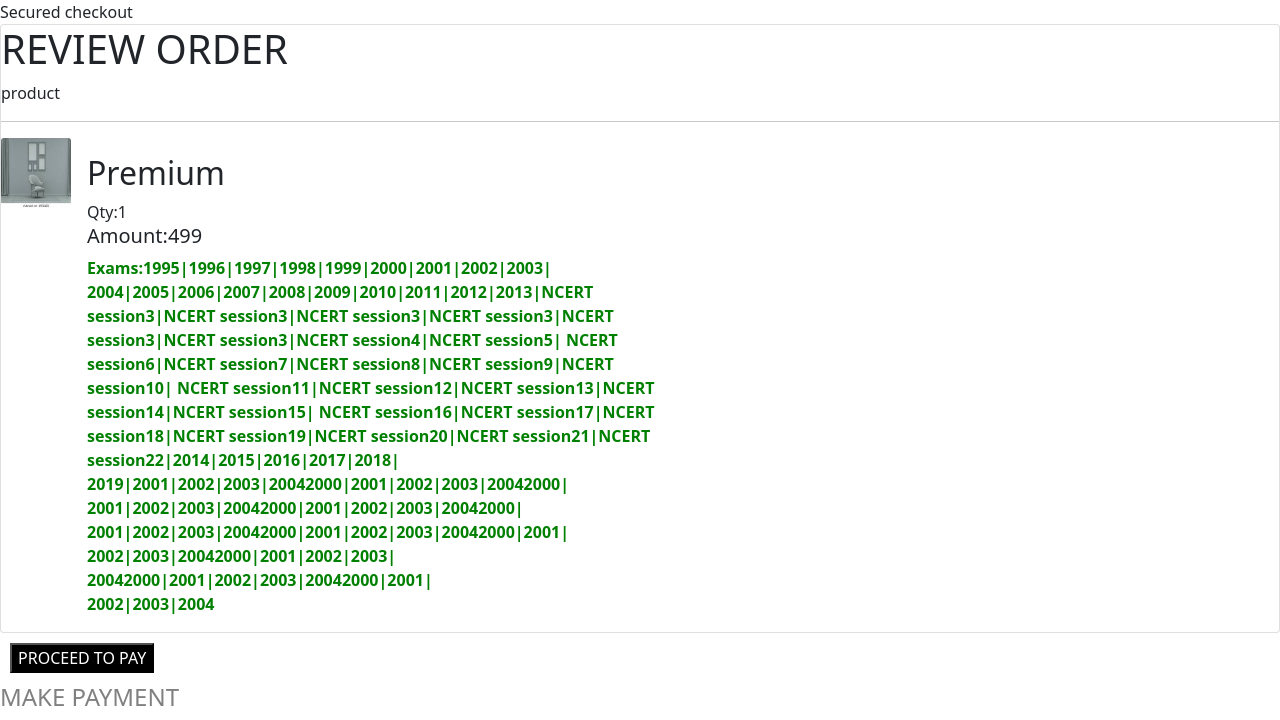
Repository: sreech465/e-prathibha
Page: /checkouts
An editor plug-in stored every save of this project. The page is shown before and after the next save, followed by the edit.
The browser window is 1280 px wide. The pictures show the whole page.
The project was rebuilt for these pictures with package versions that can differ from the ones it lists, and the page was loaded fresh each time. Also part of the build but not shown: src/Redux/Actions.js, src/Components/Register.js, src/Components/Verify.js, src/Components/Header.js, src/Components/Login.js, src/Components/Popup.css, src/Components/Popup.js, src/Components/WritExam.css and 9 more.

Above is the page before, as saved 2022-10-18 18:57:20.

### src/index.js
import React from "react";
import ReactDOM from "react-dom/client";
import "./index.css";
import App from "./App";
import reportWebVitals from "./reportWebVitals";
import { Provider } from "react-redux";
import { store } from "./Redux/Store";

import "bootstrap/dist/css/bootstrap.min.css";

const root = ReactDOM.createRoot(document.getElementById("root"));
root.render(
  <React.StrictMode>
    <Provider store={store}>
      <App />
    </Provider>
  </React.StrictMode>
);

// If you want to start measuring performance in your app, pass a function
// to log results (for example: reportWebVitals(console.log))
// or send to an analytics endpoint. Learn more: https://bit.ly/CRA-vitals
reportWebVitals();

### src/App.js
import "bootstrap/dist/css/bootstrap.min.css";
import "./App.css";
import Register from "./Components/Register";
import { useSelector } from "react-redux";
import Verify from "./Components/Verify";
import Header from "./Components/Header";
import Login from "./Components/Login";
import { Routes, Route } from "react-router-dom";
import WriteExam from "./Components/WriteExam";
import { BrowserRouter } from "react-router-dom";
import ListOfExams from "./Components/ListOfExams";
import CategoryOfExams from "./Components/CategoryOfExams";
import PremiumList from "./Components/PremiumList";
import MockList from "./Components/MockList";
import PwriteExam from "./Components/PwriteExam";
import Sidebar from "./Components/Sidebar";
import Packageanu from "./Components/Packageanu";
import Checkouts from "./Components/Checkouts";
function App() {
  const state = useSelector((state) => state);
  console.log(state);

  return (
    <>
      <div className="App">
        <BrowserRouter>
          <Routes>
            <Route path="/register" element={<Register />} />
            <Route path="/Verify" element={<Verify />} />
            <Route path="/" element={<Login />} />
            <Route path="/ListOfExams" element={<ListOfExams />} />
            <Route path="/PremiumList" element={<PremiumList />} />
            <Route path="/MockList" element={<MockList />} />
            <Route path="/CategoryOfExams" element={<CategoryOfExams />} />
            <Route path="/ListOfExams/:id" element={<WriteExam />} />
            <Route path="/PremiumList/:id" element={<WriteExam />} />
            <Route path="/packages" element={<Packageanu />} />
            <Route path="/checkouts" element={<Checkouts />} />
          </Routes>
        </BrowserRouter>
      </div>
    </>
  );
}

export default App;

### src/Redux/Store.js
import { applyMiddleware } from "redux";

import { createStore } from "redux";
import thunk from "redux-thunk";
import { rootreducer } from "./CombineReducers";

export const store = createStore(rootreducer, applyMiddleware(thunk));

### src/App.css
.Sidebar {

  height:100%;
  width:50px;
  background-color: black;
  top:0;
  position:fixed;


}

body{
  margin:0;
  padding:0;
}

.App{
  width:100vw;
  height: 100vh;
}

.SidebarList{
  height: auto;
  padding: 0;
  width:100%;
}

.SidebarList .row{
  width:100%;
  height: 50px;
  border: rgba(11, 11, 11, 0.851);
list-style-type: none;
margin: 0;
color: white;
left: 0;
font-family: 'Lucida Sans', 'Lucida Sans Regular', 'Lucida Grande', 'Lucida Sans Unicode', Geneva, Verdana, sans-serif;
}

.row #icon {
  flex: 30%;
  display: grid;
  place-items: center;
}

### src/Components/Checkouts.js
import React from "react";

const Checkouts = () => {
  return (
    <>
      <div>Secured checkout</div>

      <div class="card">
        <h1>REVIEW ORDER</h1>
        <div>product</div>
        <hr />
        <div style={{ display: "flex" }}>
          <img
            class="card-img-top"
            style={{ width: 70, height: 70 }}
            src="data:[embedded picture, 3279 characters]"
            alt="Card image cap"
          />
          <div class="card-body">
            <h2>Premium</h2>
            <div>Qty:1</div>
            <h5>Amount:499</h5>
            <div style={{ color: "green", fontWeight: "bold" }}>
              Exams:1995|1996|1997|1998|1999|2000|2001|2002|2003|
              <br />
              2004|2005|2006|2007|2008|2009|2010|2011|2012|2013|NCERT
              <br />
              session3|NCERT session3|NCERT session3|NCERT session3|NCERT
              <br />
              session3|NCERT session3|NCERT session4|NCERT session5| NCERT
              <br />
              session6|NCERT session7|NCERT session8|NCERT session9|NCERT
              <br />
              session10| NCERT session11|NCERT session12|NCERT session13|NCERT
              <br />
              session14|NCERT session15| NCERT session16|NCERT session17|NCERT
              <br />
              session18|NCERT session19|NCERT session20|NCERT session21|NCERT
              <br />
              session22|2014|2015|2016|2017|2018|
              <br />
              2019|2001|2002|2003|20042000|2001|2002|2003|20042000|
              <br />
              2001|2002|2003|20042000|2001|2002|2003|20042000|
              <br />
              2001|2002|2003|20042000|2001|2002|2003|20042000|2001|
              <br />
              2002|2003|20042000|2001|2002|2003|
              <br />
              20042000|2001|2002|2003|20042000|2001|
              <br />
              2002|2003|2004
            </div>
          </div>
        </div>
      </div>
      <button style={{ backgroundColor: "black", color: "white", margin: 10 }}>
        PROCEED TO PAY
      </button>

      <h4 style={{ color: "gray" }}>MAKE PAYMENT</h4>
    </>
  );
};

export default Checkouts;

### src/Redux/CombineReducers.js
import { combineReducers } from "redux";
import {
  loginReducer,
  packageReducer,
  payReducer,
  submitExamReducer,
} from "./Reducer";
import { endExamReducer } from "./Reducer";
import { yearlyQreducer } from "./Reducer";
import { verifyReducer } from "./Reducer";
import { registerReducer } from "./Reducer";
import { writeExamReducer } from "./Reducer";
import { premiumReducer } from "./Reducer";
import { mockReducer } from "./Reducer";

export const rootreducer = combineReducers({
  RegisterReducer: registerReducer,
  VerifyReducer: verifyReducer,
  LoginReducer: loginReducer,
  GetYearlyReducer: yearlyQreducer,
  WexamReducer: writeExamReducer,
  EexamReducer: endExamReducer,
  PremiumReducer: premiumReducer,
  MockReducer: mockReducer,
  SubmitExamReducer: submitExamReducer,
  PayReducer: payReducer,
  PackageReducer: packageReducer,
});

### src/Components/Sidebardata.js
import React from "react";
import HomeIcon from "@mui/icons-material/Home";
import ShoppingCartIcon from "@mui/icons-material/ShoppingCart";
import LegendToggleIcon from "@mui/icons-material/LegendToggle";
import LiveHelpIcon from "@mui/icons-material/LiveHelp";
import ManageSearchIcon from "@mui/icons-material/ManageSearch";
import AssistantPhotoIcon from "@mui/icons-material/AssistantPhoto";
import BuildIcon from "@mui/icons-material/Build";
import DomainVerificationIcon from "@mui/icons-material/DomainVerification";
export const Sidebardata = [
  {
    title: "",
    icon: <HomeIcon />,
    link: "/",
  },
  {
    title: "",
    icon: <ShoppingCartIcon />,
    link: "/packages",
  },
  {
    title: "",
    icon: <LegendToggleIcon />,
    link: "/summary",
  },
  {
    title: "",
    icon: <AssistantPhotoIcon />,
    link: "/result",
  },
  {
    title: "",
    icon: <ManageSearchIcon />,
    link: "/search",
  },
  {
    title: "",
    icon: <LiveHelpIcon />,
    link: "/help",
  },
  {
    title: "",
    icon: <BuildIcon />,
    link: "/help",
  },

  {
    title: "",
    icon: <DomainVerificationIcon />,
    link: "/help",
  },
];

### src/Redux/Reducer.js
import { Actions } from "../Components/types";

const initialstate1 = {
  user1: "",
  user2: "",
  user3: "",
  user4: "",
  user5: "",
  user6: "",
  user7: "",
  user8: "",
  user9: "",
  user10: "",
  user11: "",
};

export const loginReducer = (state = initialstate1, action) => {
  const { type, payload } = action;

  switch (type) {
    case Actions.LOGIN:
      return { ...state, user3: payload };
    default:
      return state;
  }
};

export const registerReducer = (state = initialstate1, action) => {
  const { type, payload } = action;

  switch (type) {
    case Actions.REGISTER:
      return { ...state, user1: payload };
    default:
      return state;
  }
};

export const verifyReducer = (state = initialstate1, action) => {
  const { type, payload } = action;

  switch (type) {
    case Actions.VERIFY:
      return { ...state, user2: payload };
    default:
      return state;
  }
};

export const yearlyQreducer = (state = initialstate1, action) => {
  const { type, payload } = action;

  switch (type) {
    case Actions.GETYEARLYQUESTIONS:
      return { ...state, user4: payload };
    default:
      return state;
  }
};

export const premiumReducer = (state = initialstate1, action) => {
  const { type, payload } = action;

  switch (type) {
    case Actions.PREMIUMEXAMS:
      return { ...state, user7: payload };
    default:
      return state;
  }
};

export const mockReducer = (state = initialstate1, action) => {
  const { type, payload } = action;

  switch (type) {
    case Actions.MOCKEXAMS:
      return { ...state, user8: payload };
    default:
      return state;
  }
};

export const writeExamReducer = (state = initialstate1, action) => {
  const { type, payload } = action;

  switch (type) {
    case Actions.WRITETHEEXAM:
      return { ...state, user5: payload };
    default:
      return state;
  }
};

export const submitExamReducer = (state = initialstate1, action) => {
  const { type, payload } = action;

  switch (type) {
    case Actions.SUBMITEXAM:
      return { ...state, user9: payload };
    default:
      return state;
  }
};

export const endExamReducer = (state = initialstate1, action) => {
  const { type, payload } = action;

  switch (type) {
    case Actions.ENDTHEEXAM:
      return { ...state, user6: payload };
    default:
      return state;
  }
};

export const payReducer = (state = initialstate1, action) => {
  const { type, payload } = action;

  switch (type) {
    case Actions.PAYDETAILS:
      return { ...state, user10: payload };
    default:
      return state;
  }
};

export const packageReducer = (state = initialstate1, action) => {
  const { type, payload } = action;

  switch (type) {
    case Actions.PACKAGEDETAILS:
      return { ...state, user11: payload };
    default:
      return state;
  }
};

### src/Components/types.js
export const Actions = {
  LOGIN: "LOGIN",
  REGISTER: "REGISTER",
  VERIFY: "VERIFY",
  GETYEARLYQUESTIONS: "GETYEARLYQUESTIONS",
  WRITETHEEXAM: "WRITETHEEXAM",
  SUBMITEXAM: "SUBMITEXAM",
  ENDTHEEXAM: "ENDTHEEXAM",
  PREMIUMEXAMS: "PREMIUMEXAMS",
  MOCKEXAMS: "MOCKEXAMS",
  PAYDETAILS: "PAYDETAILS",
  PACKAGEDETAILS: "PACKAGEDETAILS",
};

Loaded but not shown: public/index.html (common file); src/index.css (common file); src/reportWebVitals.js (common file)

After the next save:
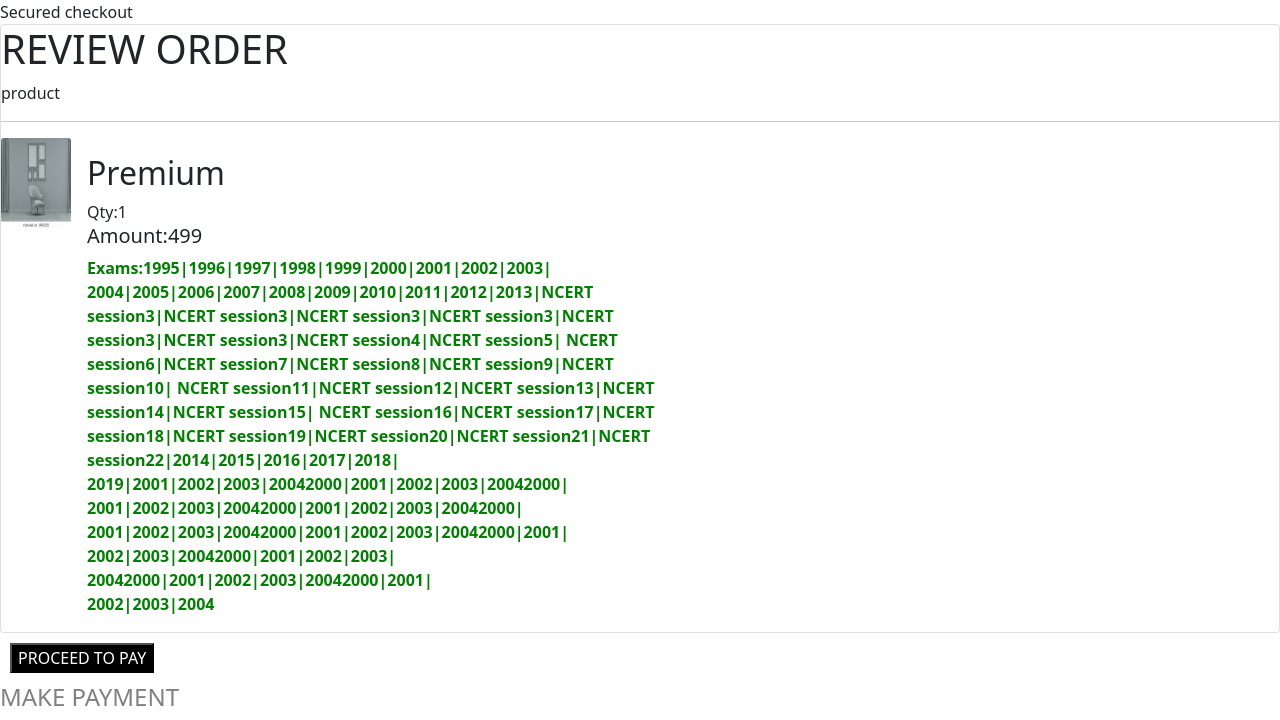
Saved 6 s later.
--- a/src/Components/Checkouts.js
+++ b/src/Components/Checkouts.js
@@ -12,7 +12,7 @@ const Checkouts = () => {
         <div style={{ display: "flex" }}>
           <img
             class="card-img-top"
-            style={{ width: 70, height: 70 }}
+            style={{ width: 70, height: 90 }}
             src="data:[embedded picture, 3279 characters]"
             alt="Card image cap"
           />
